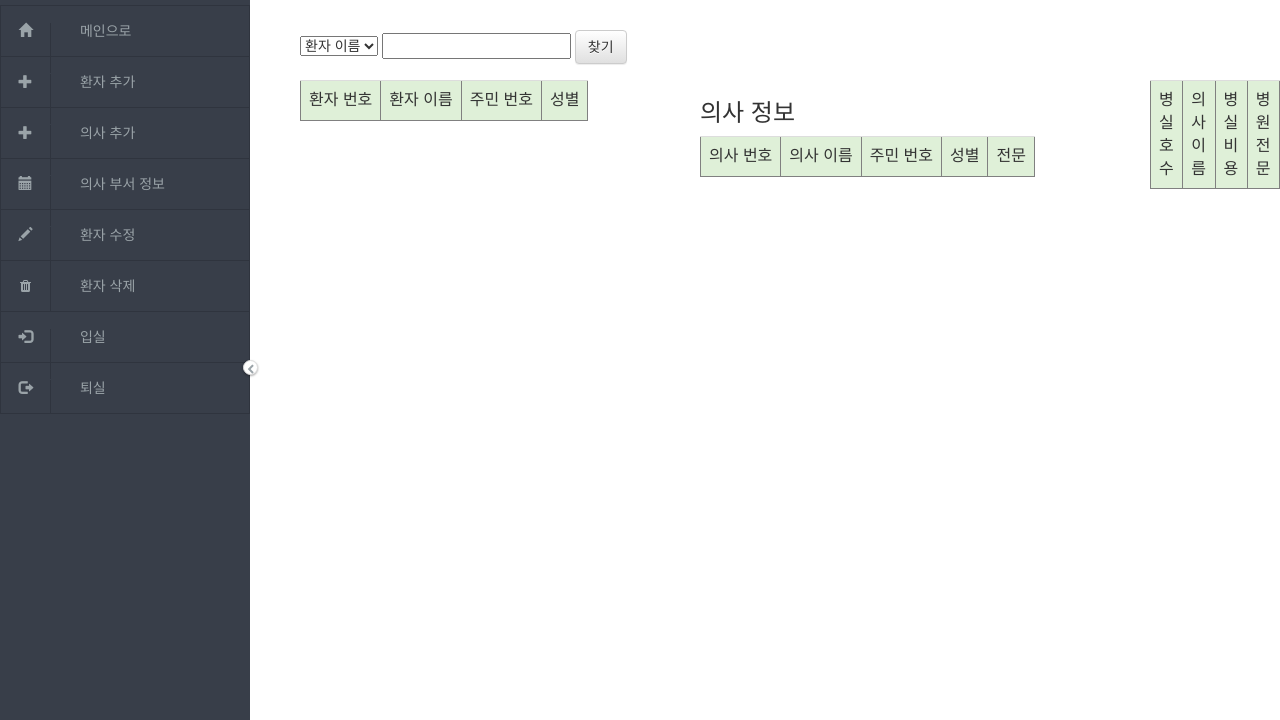
Repository: qaws1134/Hospital_manager
Page: http://localhost/project/main.jsp
An editor plug-in stored every save of this project. The page is shown before and after the next save, followed by the edit.
The browser window is 1280 px wide. The pictures show the whole page.
Some web libraries are served in a nearby version. The page is served by Tomcat 9. The template is opened directly, without the code that normally fills it, so the values that code supplies are empty.

Above is the page before, as saved 2017-12-09 17:21:38.
Console error (its wording comes from the project's code and is left out).

After the next save:
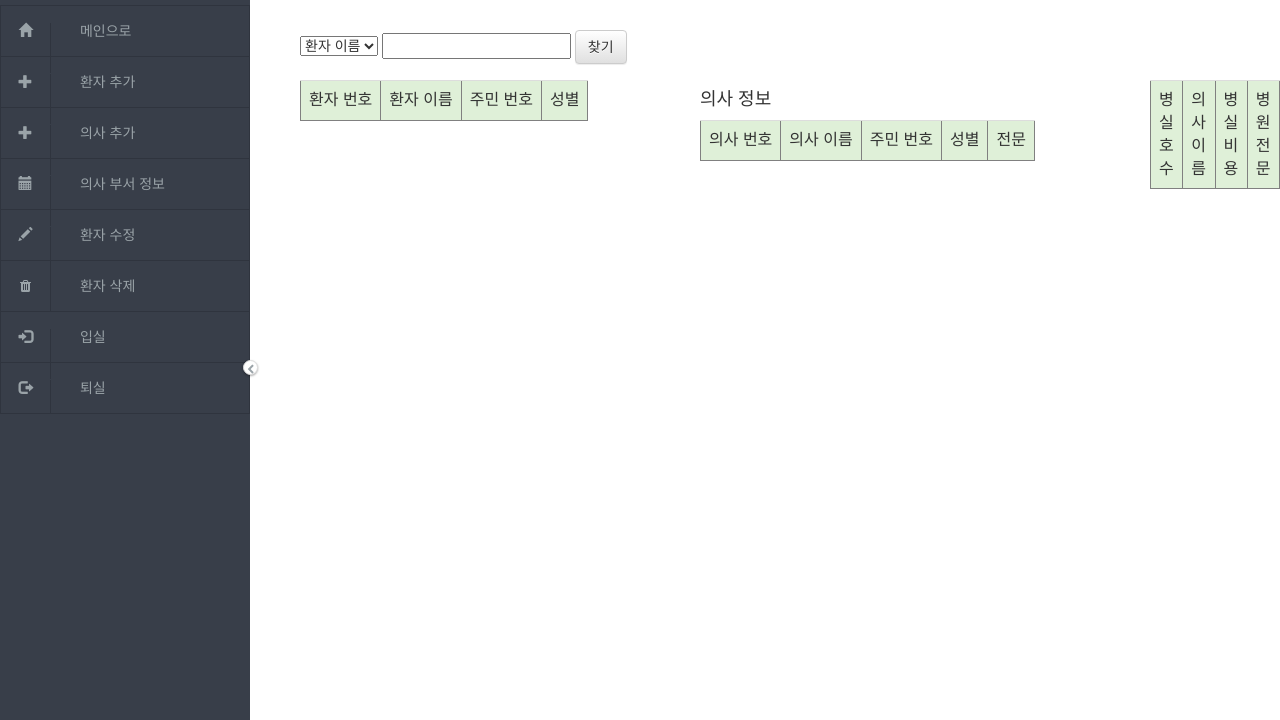
Saved 19 s later.
--- a/project/WebContent/main.jsp
+++ b/project/WebContent/main.jsp
@@ -240,7 +240,7 @@ nav ul li a span {
 </section>
 <!-- 의사 정보 -->
 <section style="position:absolute; top:80px;left:700px">
-<h3>의사 정보</h3>
+<h4>의사 정보</h4>
      <table border="1" class="table table-striped">
       	<tr  class="success">
       		<td>의사 번호</td>
